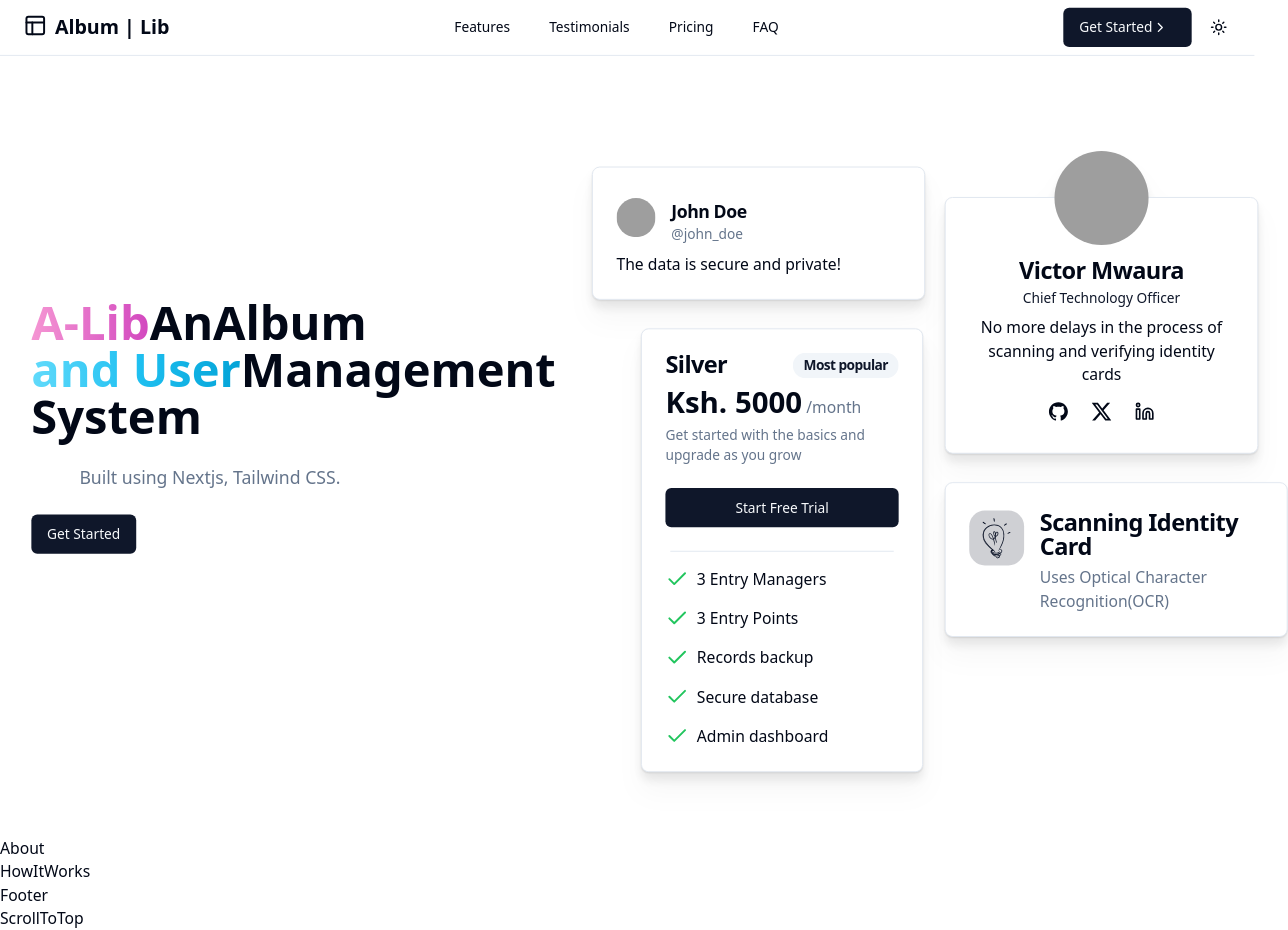
Repository: DevLaukey/savannah-informatics-test
Page: /
The author's editor kept a copy of each file at every save. The page is drawn from the files as they stood at one save, then again after a run of saves.
The browser window is 1280 px wide. The page is 1314 px wide, so the pictures cover 1314 px, including what lies to the right of the window. The pictures show the whole page, at 98% of full size.
Pictures or frames that could not be fetched are drawn as grey boxes. The project was rebuilt for these pictures with package versions that can differ from the ones it lists, and the page was loaded fresh each time. The framework's server and built-in components were replaced by stand-ins that run in the browser. Also part of the build but not shown: next.config.mjs.

Above is the page before, as saved 2024-06-04 21:56:38.

### app/layout.jsx
import "./globals.css";
import { Inter as FontSans } from "next/font/google";

import { cn } from "@/lib/utils";
import { ThemeProvider } from "@/lib/theme-provider";

const fontSans = FontSans({
  subsets: ["latin"],
  variable: "--font-sans",
});

export default function RootLayout({ children }) {
  return (
    <html lang="en" suppressHydrationWarning>
      <head />
      <body
        className={cn(
          "min-h-screen bg-background font-sans antialiased",
          fontSans.variable
        )}
      >
        <ThemeProvider
          attribute="class"
          defaultTheme="system"
          enableSystem
          disableTransitionOnChange
        >
          {children}
        </ThemeProvider>
      </body>
    </html>
  );
}

### app/page.jsx
import Footer from "@/components/Footer";
import About from "@/components/landing-page/About";
import Hero from "@/components/landing-page/Hero";
import HowItWorks from "@/components/landing-page/HowItWorks";
import Navbar from "@/components/Navbar";
import ScrollToTop from "@/components/ScrollToTop";


// this is the landing page
export default function Home() {
  return (
    <>
      <Navbar />
      <Hero />
      <About />
      <HowItWorks />
      <Footer />
      <ScrollToTop />
    </>
  );
}

### components/landing-page/Hero.jsx
import { HeroCards } from "./HeroCards";
import { Button, buttonVariants } from "@/components/ui/button";

const Hero = () => {
  return (
    <section className="container grid grid-cols-1 md:grid-cols-2 place-items-center py-20 md:py-32 gap-10">
      <div className="text-center md:text-left space-y-6">
        <main className="text-3xl md:text-5xl font-bold">
          <h1 className="inline-block">
            <span className="inline bg-gradient-to-r from-[#F596D3] to-[#D247BF] text-transparent bg-clip-text">
              A-Lib
            </span>
            An
          </h1>
          Album
          <h2 className="inline-block">
            <span className="inline bg-gradient-to-r from-[#61DAFB] via-[#1fc0f1] to-[#03a3d7] text-transparent bg-clip-text">
              and User
            </span>
            Management System
          </h2>
        </main>

        <p className="text-lg text-muted-foreground md:w-10/12 mx-auto">
          Built using Nextjs, Tailwind CSS.
        </p>

        <div className="space-y-4 md:space-y-0 md:space-x-4">
          <Button
            type="button"
            className={buttonVariants({ variant: "primary" })}
          >

           Get Started
          </Button>
        </div>
      </div>

      {/* Hero cards sections */}
      <div className="z-10">
        <HeroCards />
      </div>

      {/* Shadow effect */}
      <div className="shadow"></div>
    </section>
  );
};

export default Hero;

### components/landing-page/HowItWorks.jsx
import React from 'react'

function HowItWorks() {
  return (
    <div>HowItWorks</div>
  )
}

export default HowItWorks

### components/Navbar.jsx
"use client";
import React, { useState } from "react";
import {
  NavigationMenu,
  NavigationMenuItem,
  NavigationMenuList,
} from "@/components/ui/navigation-menu";
import {
  Sheet,
  SheetContent,
  SheetHeader,
  SheetTitle,
  SheetTrigger,
} from "@/components/ui/sheet";
import { Button, buttonVariants } from "./ui/button";
import { ChevronRight, Menu } from "lucide-react";
import ModeToggle from "./mode-toggle";
import { LogoIcon } from "./Icons";

const routeList = [
  {
    href: "#features",
    label: "Features",
  },
  {
    href: "#testimonials",
    label: "Testimonials",
  },
  {
    href: "#pricing",
    label: "Pricing",
  },
  {
    href: "#faq",
    label: "FAQ",
  },
];

const Navbar = () => {
  const [isOpen, setIsOpen] = useState(false);
  return (
    <header className="sticky border-b-[1px] top-0 z-40 w-full bg-white dark:border-b-slate-700 dark:bg-background">
      <NavigationMenu className="mx-auto">
        <NavigationMenuList className="container h-14 px-4 w-screen flex justify-between">
          <NavigationMenuItem className="font-bold flex">
            <a
              rel="noreferrer noopener"
              href="/"
              className="ml-2 font-bold text-xl flex"
            >
              <LogoIcon />
              Album | Lib
            </a>
          </NavigationMenuItem>

          {/* mobile */}
          <span className="flex md:hidden">
            <ModeToggle />

            <Sheet open={isOpen} onOpenChange={setIsOpen}>
              <SheetTrigger className="px-2">
                <Menu
                  className="flex md:hidden h-5 w-5"
                  onClick={() => setIsOpen(true)}
                >
                  <span className="sr-only">Menu Icon</span>
                </Menu>
              </SheetTrigger>

              <SheetContent side={"left"}>
                <SheetHeader>
                  <SheetTitle className="font-bold text-xl">
                    Shadcn/React
                  </SheetTitle>
                </SheetHeader>
                <nav className="flex flex-col justify-center items-center gap-2 mt-4">
                  {routeList.map(({ href, label }) => (
                    <a
                      rel="noreferrer noopener"
                      key={label}
                      href={href}
                      onClick={() => setIsOpen(false)}
                      className={buttonVariants({ variant: "ghost" })}
                    >
                      {label}
                    </a>
                  ))}
                  <Button>
                    Get Started
                    <ChevronRight className="mr-2 h-4 w-4" />
                  </Button>
                </nav>
              </SheetContent>
            </Sheet>
          </span>

          {/* desktop */}
          <nav className="hidden md:flex gap-2">
            {routeList.map((route, i) => (
              <a
                rel="noreferrer noopener"
                href={route.href}
                key={i}
                className={`text-[17px] ${buttonVariants({
                  variant: "ghost",
                })}`}
              >
                {route.label}
              </a>
            ))}
          </nav>

          <div className="hidden md:flex gap-2">
            <Button>
              Get Started
              <ChevronRight className="mr-2 h-4 w-4" />
            </Button>
            <ModeToggle />
          </div>
        </NavigationMenuList>
      </NavigationMenu>
    </header>
  );
};
export default Navbar;

### components/ScrollToTop.jsx
import React from 'react'

function ScrollToTop() {
  return (
    <div>ScrollToTop</div>
  )
}

export default ScrollToTop

### components/ui/button.jsx
import * as React from "react"
import { Slot } from "@radix-ui/react-slot"
import { cva } from "class-variance-authority";

import { cn } from "@/lib/utils"

const buttonVariants = cva(
  "inline-flex items-center justify-center whitespace-nowrap rounded-md text-sm font-medium ring-offset-background transition-colors focus-visible:outline-none focus-visible:ring-2 focus-visible:ring-ring focus-visible:ring-offset-2 disabled:pointer-events-none disabled:opacity-50",
  {
    variants: {
      variant: {
        default: "bg-primary text-primary-foreground hover:bg-primary/90",
        destructive:
          "bg-destructive text-destructive-foreground hover:bg-destructive/90",
        outline:
          "border border-input bg-background hover:bg-accent hover:text-accent-foreground",
        secondary:
          "bg-secondary text-secondary-foreground hover:bg-secondary/80",
        ghost: "hover:bg-accent hover:text-accent-foreground",
        link: "text-primary underline-offset-4 hover:underline",
      },
      size: {
        default: "h-10 px-4 py-2",
        sm: "h-9 rounded-md px-3",
        lg: "h-11 rounded-md px-8",
        icon: "h-10 w-10",
      },
    },
    defaultVariants: {
      variant: "default",
      size: "default",
    },
  }
)

const Button = React.forwardRef(({ className, variant, size, asChild = false, ...props }, ref) => {
  const Comp = asChild ? Slot : "button"
  return (
    (<Comp
      className={cn(buttonVariants({ variant, size, className }))}
      ref={ref}
      {...props} />)
  );
})
Button.displayName = "Button"

export { Button, buttonVariants }

### components/ui/navigation-menu.jsx
import * as React from "react"
import * as NavigationMenuPrimitive from "@radix-ui/react-navigation-menu"
import { cva } from "class-variance-authority"
import { ChevronDown } from "lucide-react"

import { cn } from "@/lib/utils"

const NavigationMenu = React.forwardRef(({ className, children, ...props }, ref) => (
  <NavigationMenuPrimitive.Root
    ref={ref}
    className={cn(
      "relative z-10 flex max-w-max flex-1 items-center justify-center",
      className
    )}
    {...props}>
    {children}
    <NavigationMenuViewport />
  </NavigationMenuPrimitive.Root>
))
NavigationMenu.displayName = NavigationMenuPrimitive.Root.displayName

const NavigationMenuList = React.forwardRef(({ className, ...props }, ref) => (
  <NavigationMenuPrimitive.List
    ref={ref}
    className={cn(
      "group flex flex-1 list-none items-center justify-center space-x-1",
      className
    )}
    {...props} />
))
NavigationMenuList.displayName = NavigationMenuPrimitive.List.displayName

const NavigationMenuItem = NavigationMenuPrimitive.Item

const navigationMenuTriggerStyle = cva(
  "group inline-flex h-10 w-max items-center justify-center rounded-md bg-background px-4 py-2 text-sm font-medium transition-colors hover:bg-accent hover:text-accent-foreground focus:bg-accent focus:text-accent-foreground focus:outline-none disabled:pointer-events-none disabled:opacity-50 data-[active]:bg-accent/50 data-[state=open]:bg-accent/50"
)

const NavigationMenuTrigger = React.forwardRef(({ className, children, ...props }, ref) => (
  <NavigationMenuPrimitive.Trigger
    ref={ref}
    className={cn(navigationMenuTriggerStyle(), "group", className)}
    {...props}>
    {children}{" "}
    <ChevronDown
      className="relative top-[1px] ml-1 h-3 w-3 transition duration-200 group-data-[state=open]:rotate-180"
      aria-hidden="true" />
  </NavigationMenuPrimitive.Trigger>
))
NavigationMenuTrigger.displayName = NavigationMenuPrimitive.Trigger.displayName

const NavigationMenuContent = React.forwardRef(({ className, ...props }, ref) => (
  <NavigationMenuPrimitive.Content
    ref={ref}
    className={cn(
      "left-0 top-0 w-full data-[motion^=from-]:animate-in data-[motion^=to-]:animate-out data-[motion^=from-]:fade-in data-[motion^=to-]:fade-out data-[motion=from-end]:slide-in-from-right-52 data-[motion=from-start]:slide-in-from-left-52 data-[motion=to-end]:slide-out-to-right-52 data-[motion=to-start]:slide-out-to-left-52 md:absolute md:w-auto ",
      className
    )}
    {...props} />
))
NavigationMenuContent.displayName = NavigationMenuPrimitive.Content.displayName

const NavigationMenuLink = NavigationMenuPrimitive.Link

const NavigationMenuViewport = React.forwardRef(({ className, ...props }, ref) => (
  <div className={cn("absolute left-0 top-full flex justify-center")}>
    <NavigationMenuPrimitive.Viewport
      className={cn(
        "origin-top-center relative mt-1.5 h-[var(--radix-navigation-menu-viewport-height)] w-full overflow-hidden rounded-md border bg-popover text-popover-foreground shadow-lg data-[state=open]:animate-in data-[state=closed]:animate-out data-[state=closed]:zoom-out-95 data-[state=open]:zoom-in-90 md:w-[var(--radix-navigation-menu-viewport-width)]",
        className
      )}
      ref={ref}
      {...props} />
  </div>
))
NavigationMenuViewport.displayName =
  NavigationMenuPrimitive.Viewport.displayName

const NavigationMenuIndicator = React.forwardRef(({ className, ...props }, ref) => (
  <NavigationMenuPrimitive.Indicator
    ref={ref}
    className={cn(
      "top-full z-[1] flex h-1.5 items-end justify-center overflow-hidden data-[state=visible]:animate-in data-[state=hidden]:animate-out data-[state=hidden]:fade-out data-[state=visible]:fade-in",
      className
    )}
    {...props}>
    <div
      className="relative top-[60%] h-2 w-2 rotate-45 rounded-tl-sm bg-border shadow-md" />
  </NavigationMenuPrimitive.Indicator>
))
NavigationMenuIndicator.displayName =
  NavigationMenuPrimitive.Indicator.displayName

export {
  navigationMenuTriggerStyle,
  NavigationMenu,
  NavigationMenuList,
  NavigationMenuItem,
  NavigationMenuContent,
  NavigationMenuTrigger,
  NavigationMenuLink,
  NavigationMenuIndicator,
  NavigationMenuViewport,
}

### components/ui/sheet.jsx
"use client";
import * as React from "react"
import * as SheetPrimitive from "@radix-ui/react-dialog"
import { cva } from "class-variance-authority";
import { X } from "lucide-react"

import { cn } from "@/lib/utils"

const Sheet = SheetPrimitive.Root

const SheetTrigger = SheetPrimitive.Trigger

const SheetClose = SheetPrimitive.Close

const SheetPortal = SheetPrimitive.Portal

const SheetOverlay = React.forwardRef(({ className, ...props }, ref) => (
  <SheetPrimitive.Overlay
    className={cn(
      "fixed inset-0 z-50 bg-black/80  data-[state=open]:animate-in data-[state=closed]:animate-out data-[state=closed]:fade-out-0 data-[state=open]:fade-in-0",
      className
    )}
    {...props}
    ref={ref} />
))
SheetOverlay.displayName = SheetPrimitive.Overlay.displayName

const sheetVariants = cva(
  "fixed z-50 gap-4 bg-background p-6 shadow-lg transition ease-in-out data-[state=open]:animate-in data-[state=closed]:animate-out data-[state=closed]:duration-300 data-[state=open]:duration-500",
  {
    variants: {
      side: {
        top: "inset-x-0 top-0 border-b data-[state=closed]:slide-out-to-top data-[state=open]:slide-in-from-top",
        bottom:
          "inset-x-0 bottom-0 border-t data-[state=closed]:slide-out-to-bottom data-[state=open]:slide-in-from-bottom",
        left: "inset-y-0 left-0 h-full w-3/4 border-r data-[state=closed]:slide-out-to-left data-[state=open]:slide-in-from-left sm:max-w-sm",
        right:
          "inset-y-0 right-0 h-full w-3/4  border-l data-[state=closed]:slide-out-to-right data-[state=open]:slide-in-from-right sm:max-w-sm",
      },
    },
    defaultVariants: {
      side: "right",
    },
  }
)

const SheetContent = React.forwardRef(({ side = "right", className, children, ...props }, ref) => (
  <SheetPortal>
    <SheetOverlay />
    <SheetPrimitive.Content ref={ref} className={cn(sheetVariants({ side }), className)} {...props}>
      {children}
      <SheetPrimitive.Close
        className="absolute right-4 top-4 rounded-sm opacity-70 ring-offset-background transition-opacity hover:opacity-100 focus:outline-none focus:ring-2 focus:ring-ring focus:ring-offset-2 disabled:pointer-events-none data-[state=open]:bg-secondary">
        <X className="h-4 w-4" />
        <span className="sr-only">Close</span>
      </SheetPrimitive.Close>
    </SheetPrimitive.Content>
  </SheetPortal>
))
SheetContent.displayName = SheetPrimitive.Content.displayName

const SheetHeader = ({
  className,
  ...props
}) => (
  <div
    className={cn("flex flex-col space-y-2 text-center sm:text-left", className)}
    {...props} />
)
SheetHeader.displayName = "SheetHeader"

const SheetFooter = ({
  className,
  ...props
}) => (
  <div
    className={cn("flex flex-col-reverse sm:flex-row sm:justify-end sm:space-x-2", className)}
    {...props} />
)
SheetFooter.displayName = "SheetFooter"

const SheetTitle = React.forwardRef(({ className, ...props }, ref) => (
  <SheetPrimitive.Title
    ref={ref}
    className={cn("text-lg font-semibold text-foreground", className)}
    {...props} />
))
SheetTitle.displayName = SheetPrimitive.Title.displayName

const SheetDescription = React.forwardRef(({ className, ...props }, ref) => (
  <SheetPrimitive.Description
    ref={ref}
    className={cn("text-sm text-muted-foreground", className)}
    {...props} />
))
SheetDescription.displayName = SheetPrimitive.Description.displayName

export {
  Sheet,
  SheetPortal,
  SheetOverlay,
  SheetTrigger,
  SheetClose,
  SheetContent,
  SheetHeader,
  SheetFooter,
  SheetTitle,
  SheetDescription,
}

### components/mode-toggle.jsx
import React from "react";
import { Button } from "@/components/ui/button";
import {
  DropdownMenu,
  DropdownMenuContent,
  DropdownMenuItem,
  DropdownMenuTrigger,
} from "@/components/ui/dropdown-menu";
import { useTheme } from "@/lib/theme-provider";
import { Moon, Sun } from "lucide-react";

export default function ModeToggle() {
  const { setTheme } = useTheme();

  return (
    <DropdownMenu>
      <DropdownMenuTrigger asChild>
        <Button variant="ghost" size="icon" className="ghost">
          <Sun className="h-[1.1rem] w-[1.2rem] rotate-0 scale-100 transition-all dark:-rotate-90 dark:scale-0" />
          <Moon className="absolute h-[1.1rem] w-[1.2rem] rotate-90 scale-0 transition-all dark:rotate-0 dark:scale-100" />
          <span className="sr-only">Toggle theme</span>
        </Button>
      </DropdownMenuTrigger>
      <DropdownMenuContent align="end">
        <DropdownMenuItem onClick={() => setTheme("light")}>
          Light
        </DropdownMenuItem>
        <DropdownMenuItem onClick={() => setTheme("dark")}>
          Dark
        </DropdownMenuItem>
        <DropdownMenuItem onClick={() => setTheme("system")}>
          System
        </DropdownMenuItem>
      </DropdownMenuContent>
    </DropdownMenu>
  );
}

### components/Icons.jsx
export const LogoIcon = () => {
  return (
    <svg
      xmlns="http://www.w3.org/2000/svg"
      viewBox="0 0 24 24"
      fill="none"
      stroke="currentColor"
      strokeWidth="2"
      strokeLinecap="round"
      strokeLinejoin="round"
      className="lucide lucide-panels-top-left mr-2 w-6 h-6"
    >
      <rect width="18" height="18" x="3" y="3" rx="2" />
      <path d="M3 9h18" />
      <path d="M9 21V9" />
    </svg>
  );
};

### components/ui/avatar.jsx
"use client"

import * as React from "react"
import * as AvatarPrimitive from "@radix-ui/react-avatar"

import { cn } from "@/lib/utils"

const Avatar = React.forwardRef(({ className, ...props }, ref) => (
  <AvatarPrimitive.Root
    ref={ref}
    className={cn("relative flex h-10 w-10 shrink-0 overflow-hidden rounded-full", className)}
    {...props} />
))
Avatar.displayName = AvatarPrimitive.Root.displayName

const AvatarImage = React.forwardRef(({ className, ...props }, ref) => (
  <AvatarPrimitive.Image
    ref={ref}
    className={cn("aspect-square h-full w-full", className)}
    {...props} />
))
AvatarImage.displayName = AvatarPrimitive.Image.displayName

const AvatarFallback = React.forwardRef(({ className, ...props }, ref) => (
  <AvatarPrimitive.Fallback
    ref={ref}
    className={cn(
      "flex h-full w-full items-center justify-center rounded-full bg-muted",
      className
    )}
    {...props} />
))
AvatarFallback.displayName = AvatarPrimitive.Fallback.displayName

export { Avatar, AvatarImage, AvatarFallback }

### components/ui/badge.jsx
import * as React from "react"
import { cva } from "class-variance-authority";

import { cn } from "@/lib/utils"

const badgeVariants = cva(
  "inline-flex items-center rounded-full border px-2.5 py-0.5 text-xs font-semibold transition-colors focus:outline-none focus:ring-2 focus:ring-ring focus:ring-offset-2",
  {
    variants: {
      variant: {
        default:
          "border-transparent bg-primary text-primary-foreground hover:bg-primary/80",
        secondary:
          "border-transparent bg-secondary text-secondary-foreground hover:bg-secondary/80",
        destructive:
          "border-transparent bg-destructive text-destructive-foreground hover:bg-destructive/80",
        outline: "text-foreground",
      },
    },
    defaultVariants: {
      variant: "default",
    },
  }
)

function Badge({
  className,
  variant,
  ...props
}) {
  return (<div className={cn(badgeVariants({ variant }), className)} {...props} />);
}

export { Badge, badgeVariants }

### components/ui/card.jsx
import * as React from "react"

import { cn } from "@/lib/utils"

const Card = React.forwardRef(({ className, ...props }, ref) => (
  <div
    ref={ref}
    className={cn("rounded-lg border bg-card text-card-foreground shadow-sm", className)}
    {...props} />
))
Card.displayName = "Card"

const CardHeader = React.forwardRef(({ className, ...props }, ref) => (
  <div
    ref={ref}
    className={cn("flex flex-col space-y-1.5 p-6", className)}
    {...props} />
))
CardHeader.displayName = "CardHeader"

const CardTitle = React.forwardRef(({ className, ...props }, ref) => (
  <h3
    ref={ref}
    className={cn("text-2xl font-semibold leading-none tracking-tight", className)}
    {...props} />
))
CardTitle.displayName = "CardTitle"

const CardDescription = React.forwardRef(({ className, ...props }, ref) => (
  <p
    ref={ref}
    className={cn("text-sm text-muted-foreground", className)}
    {...props} />
))
CardDescription.displayName = "CardDescription"

const CardContent = React.forwardRef(({ className, ...props }, ref) => (
  <div ref={ref} className={cn("p-6 pt-0", className)} {...props} />
))
CardContent.displayName = "CardContent"

const CardFooter = React.forwardRef(({ className, ...props }, ref) => (
  <div
    ref={ref}
    className={cn("flex items-center p-6 pt-0", className)}
    {...props} />
))
CardFooter.displayName = "CardFooter"

export { Card, CardHeader, CardFooter, CardTitle, CardDescription, CardContent }

Loaded but not shown: app/globals.css (common file); lib/utils.js (common file); components/Footer.jsx (common file); components/landing-page/About.jsx (common file); tailwind.config.js (82 lines, source omitted); lib/theme-provider.js (60 lines, source omitted); components/landing-page/LightBulbIcon.jsx (73 lines, source omitted); components/ui/dropdown-menu.jsx (157 lines, source omitted); components/landing-page/HeroCards.jsx (164 lines, source omitted)

After the next 2 saves:
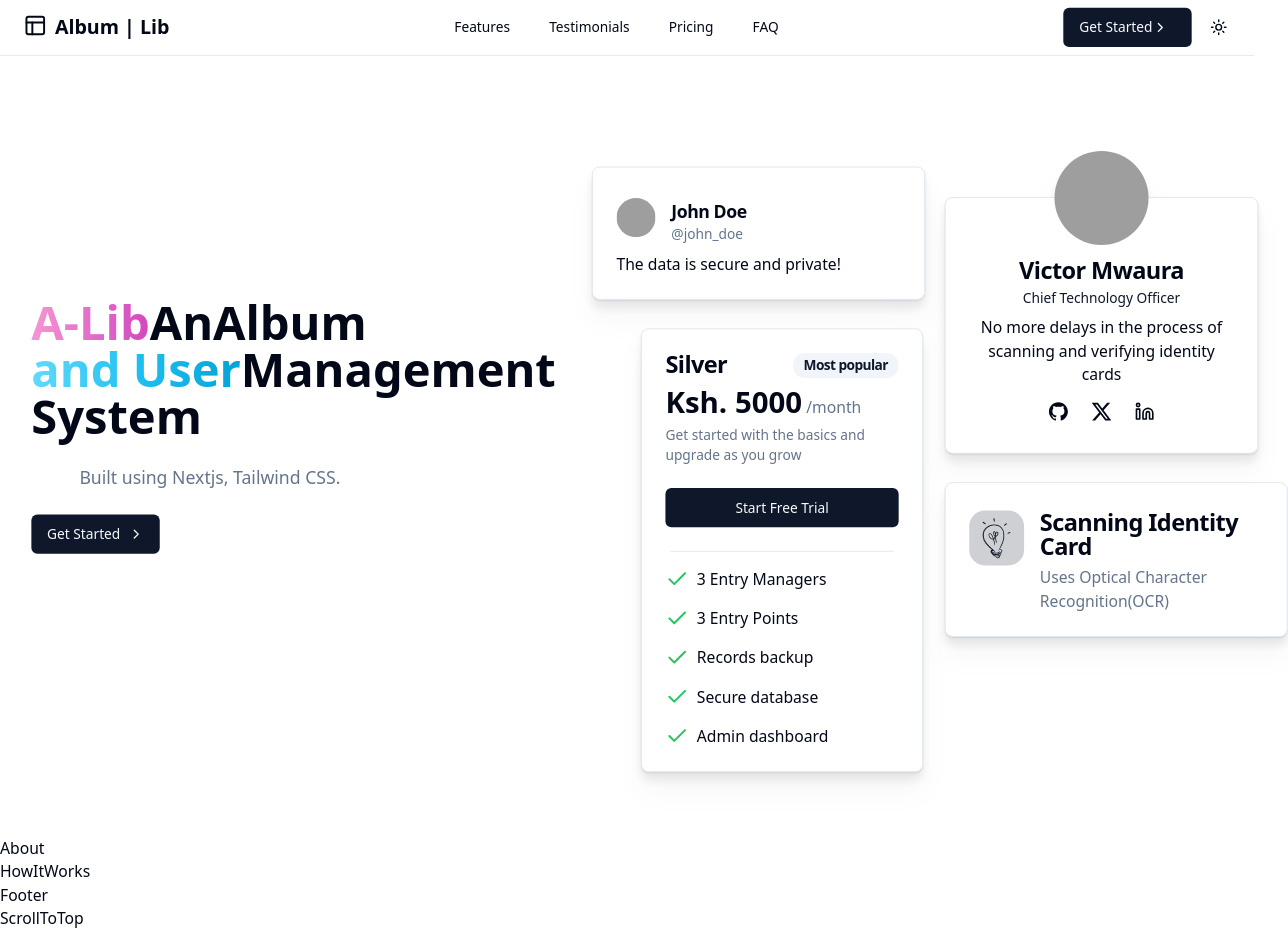
The 2 saves are shown as one change because 1 did not build or start.
The last was saved 23 s later.
--- a/components/landing-page/Hero.jsx
+++ b/components/landing-page/Hero.jsx
@@ -1,3 +1,4 @@
+import { ChevronRight } from "lucide-react";
 import { HeroCards } from "./HeroCards";
 import { Button, buttonVariants } from "@/components/ui/button";
 
@@ -31,7 +32,8 @@ const Hero = () => {
             className={buttonVariants({ variant: "primary" })}
           >
 
-           Get Started
+            Get Started
+            <ChevronRight className="ml-2 h-4 w-4" />
           </Button>
         </div>
       </div>
